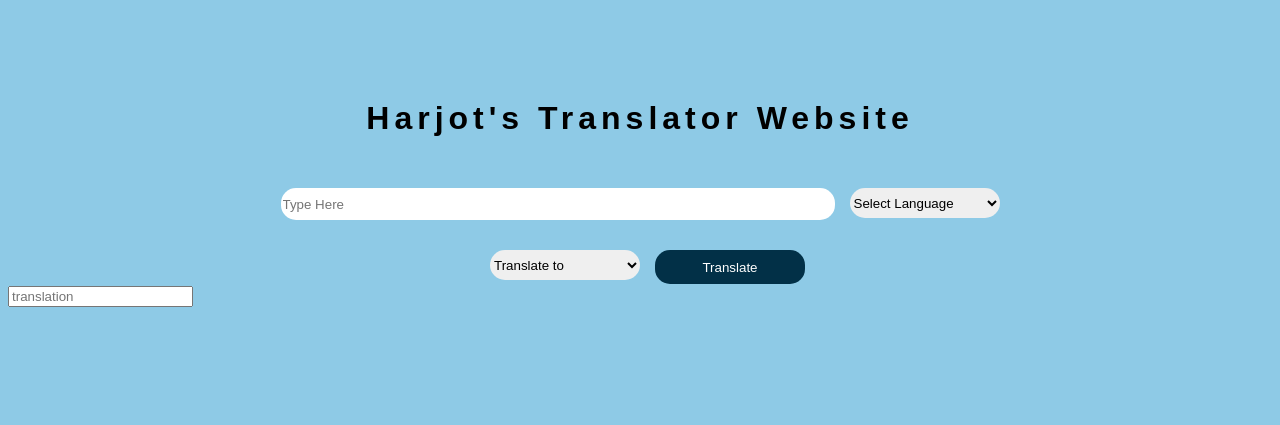
Repository: Harjot00/Pythonpractice
Page: Translator/homepage.html
An editor plug-in stored every save of this project. The page is shown before and after the next save, followed by the edit.
The browser window is 1280 px wide. The pictures show the whole page.
Some web fonts or font styles are not loaded; a fallback is used.

Above is the page before, as saved 2022-03-06 19:38:39.

After the next save:
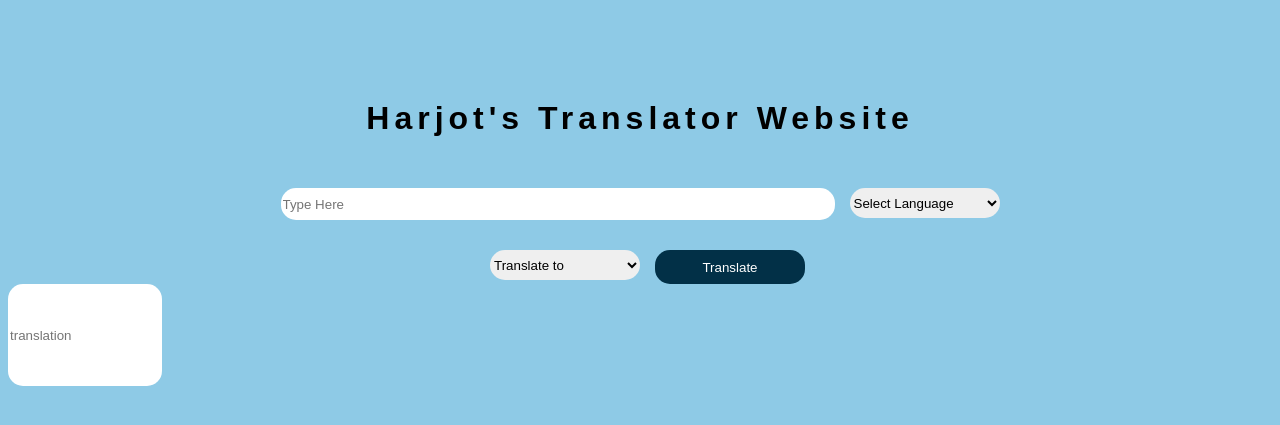
Saved 3 min 21 s later.
--- a/Translator/homepage.html
+++ b/Translator/homepage.html
@@ -39,7 +39,7 @@
 
     </div>
     <div style ="justify-content: center">
-        <input type="text" placeholder="translation"></input>
+        <input  type="text"id ="translation" placeholder="translation"></input>
     </div>
 </body>
 </html>
